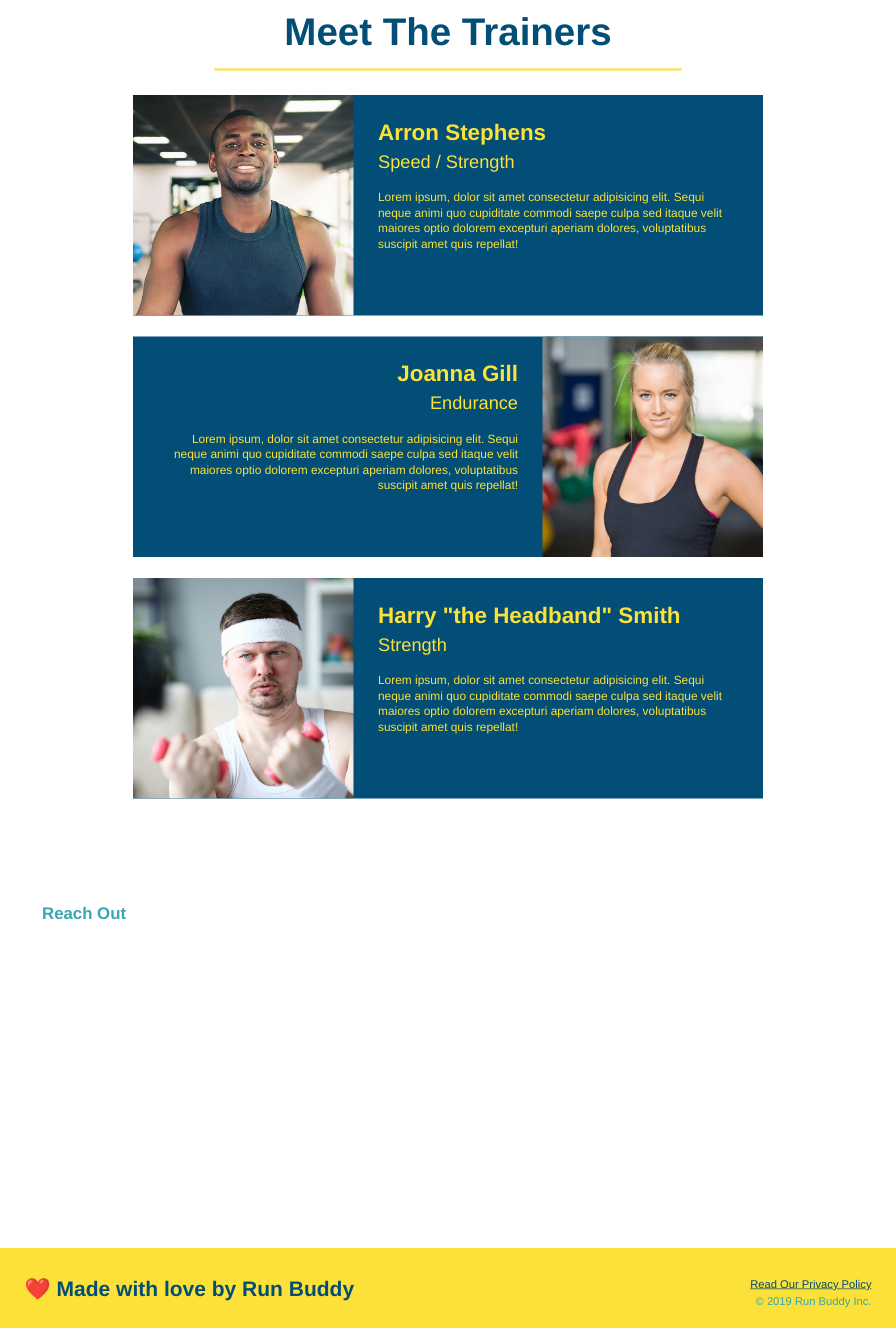
Repository: symlara/run-buddy
Page: index.html
An editor plug-in stored every save of this project. The page is shown before and after a run of saves, followed by the edit.
The browser window is 1280 px wide. The pictures show the part of the page from y = 2304 to 4224 px (the page is 4202 px tall before and 4224 px after), at 70% of full size.
Pictures or frames that could not be fetched are drawn as grey boxes.

Above is the page before, as saved 2020-12-10 15:26:50.

### index.html
<!DOCTYPE html>
<html lang="en">
    <head>
        <link rel="stylesheet" href="./assets/css/style.css" />
        <meta charset="UTF-8"/>
        <title>Run Buddy</title>
    </head>
    <body>
        <!-- navigation -->
        <header>
        <a href="/"><h1>RUN BUDDY</h1></a>
        <nav>
            <!-- Unordered list element -->
            <ul>
                <!-- List item element -->
                <li>
                    <!-- Anchor Element -->
                    <a href="#what-we-do">What We Do</a>
                </li>
                <li>
                    <a href="#what-you-do">What You Do</a>
                </li>
                <li>
                    <a href="#your-trainers">Your Trainers</a>
                </li>
                <li>
                    <a href="#reach-out">Reach Out</a>
                </li>
            </ul>
        </nav>
        </header>

        <!-- hero section -->
        <section class="hero">
        <div class="hero-form">
            <h3>Get Started Today</h3>
            <p>Fill out this form and one of our trainers will schedule a consult</p>
            <!-- Add form elements -->
            <form>
                <label for="name">Enter full name:</label>
                <input type="text" placeholder="Your Name" name="name" id="name" class="form-input" />
                <label for="email">Enter Email Address:</label>
                <input type="email" placeholder="Email Address" name="email" id="email" class="form-input" />
                <label for="phone">Enter a telephone number</label>
                <input type="tel" placeholder="Phone Number" name="phone" id="phone" class="form-input" />
                <p>
                    Have you worked out with a trainer before?
                    <input type="radio" name="trainer-confirm" id="trainer-yes" />
                    <label for="trainer-yes">Yes</label>
                    <input type="radio" name="trainer-confirm" id="trainer-no" />
                    <label for="trainer-no">No</label>
                </p>
                <p>
                    <label for="checkbox">
                    I acknowledge that I am at least 18 years of age.
                    </label>
                    <input type="checkbox" name="age-confirm" id="checkbox" />
                </p>
                <button type="submit">
                    Get running!
                </button>
            </form>
        </div>
    </section>
    <!-- end hero -->

        <!-- hero/jumbotron -->
        <section></section>

        <!-- "what we do" section -->
        <section id="what-we-do" class="intro">
            <h2 class="section-title primary-border">What We Do</h2>
            <p>
                butcher selfies chambray shabby chic gentrify readymade yr Echo Park XOXO Tumblr normcore Banksy direct trade Blue Bottle chillwave you probably haven't heard of them single-origin coffee Vice fanny pack fixie Odd Future Austin fingerstache pickled twee synth Wes Anderson Thundercats viral bitters flannel meggings narwhal Marfa Schlitz sustainable Intelligentsia umami deep v craft
            </p>
        </section>

        <!-- "what you do" section -->
        <section id="what-you-do" class="steps">
            <h2 class="section-title secondary-border">What You Do</h2>

            <div>
                <!-- insert this img element -->
                <img src="./assets/images/step-1.svg" alt="" />
                <h3>Step 1: <span>Fill Out the Form Above.</span></h3>
                <p>You're already here, so why not?</p>
            </div>

            <div>
                <!-- insert this img element -->
                <img src="./assets/images/step-2.svg" alt="" />
                <h3>Step 2: <span>Consult with One of Our Trainers.</span></h3>
                <p>Are you here to build muscle, lose weight, or just feel good?</p>
            </div>

            <div>
                <!-- insert this img element -->
                <img src="./assets/images/step-3.svg" alt="" />
                <h3>Step 3: <span>Get Running</span></h3>
                <p>Hit the ground running (literally) once your trainer lays out your plan</p>
            </div>

            <div>
                <!-- insert this img element -->
                <img src="./assets/images/step-4.svg" alt="" />
                <h3>Step 4: <span>See Results</span></h3>
                <p>Bi-Weekly checkins with your trainer will keep you focused</p>
            </div>
        </section>

        <!-- "meet the trainers" section -->
        <section id="your-trainers" class="trainers">
            <h2 class="section-title primary-border">Meet The Trainers

            </h2>

            <!-- first trainer bio -->
            <article class="trainer">
                <img src="./assets/images/trainer-1.jpg" alt="Arron Stephens in his workout clothes, ready to pump iron" />
                <div class="trainer-bio text-left">
                    <h3>Arron Stephens</h3>
                    <h4>Speed / Strength</h4>
                    <p>
                        Lorem ipsum, dolor sit amet consectetur adipisicing elit. Sequi neque animi quo cupiditate commodi saepe culpa sed
                        itaque velit maiores optio dolorem excepturi aperiam dolores, voluptatibus suscipit amet quis repellat!
                    </p>
                </div>
            </article>
            <!-- first trainer end -->

            <!--second trainer bio -->
            <article class="trainer">
                <div class="trainer-bio text-right">
                    <h3>Joanna Gill</h3>
                    <h4>Endurance</h4>
                    <p>
                        Lorem ipsum, dolor sit amet consectetur adipisicing elit. Sequi neque animi quo cupiditate commodi saepe culpa sed
                        itaque velit maiores optio dolorem excepturi aperiam dolores, voluptatibus suscipit amet quis repellat!
                    </p>
                </div>
                <img src="./assets/images/trainer-2.jpg" alt="Joanna Gill cooling off after a workout" />
            </article>
            <!-- second trainer end-->

            <!-- third trainer bio -->
            <article class="trainer">
                <img src="./assets/images/trainer-3.jpg" alt="Harry Smith wearing a headband and lifting comically small pink weights" />
                <div class="trainer-bio text-left">
                    <h3>Harry "the Headband" Smith</h3>
                    <h4>Strength</h4>
                    <p>
                        Lorem ipsum, dolor sit amet consectetur adipisicing elit. Sequi neque animi quo cupiditate commodi saepe culpa sed
                        itaque velit maiores optio dolorem excepturi aperiam dolores, voluptatibus suscipit amet quis repellat!
                    </p>
                </div>
            </article>
            <!-- third trainer end -->
        </section>

        <!-- "reach out" section -->
        <section>
            <h2>Reach Out</h2>
            <div class="contact-info">
                <iframe src="https://www.google.com/maps/embed?pb=!1m18!1m12!1m3!1d3221.7111422227936!2d-86.80586308470178!3d36.14924591176938!2m3!1f0!2f0!3f0!3m2!1i1024!2i768!4f13.1!3m3!1m2!1s0x886466bdcf68adc5%3A0x468be65e4a8f7eb1!2s2201%20West%20End%20Ave%2C%20Nashville%2C%20TN%2037212!5e0!3m2!1sen!2sus!4v1607634799030!5m2!1sen!2sus"
                    frameborder="0"
                    height="400"
                    width="400"
                    style="border: 0"
                    allowfullscreen
                >
                </iframe>
            </div>

            <div></div>
        </section>

        <!-- footer -->
        <footer>
            <h2>❤️ Made with love by Run Buddy</h2>
            <div>
                <a href="#">Read Our Privacy Policy</a><br />
                &copy; 2019 Run Buddy Inc.
            </div>
        </footer>
    </body>

    </html>

### assets/css/style.css
* {
    margin: 0;
    padding: 0;
    box-sizing: border-box;
}


body {
    /* more on this crazy alphanumerical value in a minute */
    color: #39a6b2;
    font-family: Helvetica, Arial, sans-serif;
}

/* apply styles to header */
header {
    padding: 20px 35px;
    background-color: #39a6b2;
}

header h1 {
    font-weight: bold;
    font-size: 36px;
    color: #fce138;
    margin: 0;
    display: inline;
}

header a {
    text-decoration: none;
    color: #fce138;
}

header nav {
    float: right;
    margin: 7px 0;
}

header nav ul li {
    display: inline;
}

header nav ul li a {
    margin: 0 30px;
    font-weight: lighter;
    font-size: 22px;
}

footer {
    background: #fce138;
    width: 100%;
    padding: 40px 35px;
  }

footer h2 {
    display: inline;
    color: #024e76;
    font-size: 30px;
    margin: 0;
}

footer div {
    float: right;
    line-height: 1.5;
    text-align: right;
}

footer a {
    color: #024e76;
}

section {
    padding: 60px;
}

/* Hero Style Start */
.hero {
    background-image: url("../images/hero-bg.jpg");
    height: 600px;
    background-size: cover;
    background-position: center;
    position: relative;
}
/*The height property fixed at 600px gives an exact size of the section, which is important in this context to allow room for the sign-up form.*/


.hero-form {
    border: solid 3px #024e76;
    background-color: #fce138;
    padding: 20px;
    width: 500px;
    color: #024e76;
    position: absolute;
    bottom: 120px;
    right: 140px;
}

.hero-form h3 {
    font-size: 24px;
    margin: 0;
}

.hero-form p {
    margin: 5px 0 15px 0;
}

.form-input {
    border: 1px solid #024e76;
    display: block;
    padding: 7px 15px;
    font-size: 16px;
    color: #024e76;
    width: 100%;
    margin-bottom: 15px;
}

.hero-form label {
    margin: 0 5px;
}

.hero-form button {
    color: #fce138;
    background-color: #024e76;
    border: none;
    padding: 10px 20px;
    font-size: 16px;
}
/* Hero Style End */

/*What We Do Section */
.intro {
    text-align: center;
}

.intro p {
    line-height: 1.7;
    color: #39a6b2;
    width: 80%;
    font-size: 20px;
    margin: 0 auto;
}

/*What We Do End*/

.section-title {
    display: inline-block;
    font-size: 55px;
    color: #024e76;
    margin-bottom: 35px;
    padding: 0 100px 20px 100px;
    border-bottom: 3px solid;
}

.primary-border {
    border-color: #fce138;
}

.secondary-border {
    border-color: #39a6b2;
}

/* What You Do Section */
.steps {
    text-align: center;
    background: #fce138;
}

.steps div {
    margin-bottom: 80px;
}

.steps img {
    width: 15px;
    margin: 10px 0;
}

.steps h3 {
    color: #024e76;
    font-size: 46px;
    margin-top: 10px;
}

.steps p {
    color: #39a6b2;
    font-size: 23px;
}

.steps span {
    font-size: 38px;
}


/* What You Do End */

/* Your Trainers Section */
.trainers {
    text-align: center;
}

.trainer {
    width: 900px;
    margin: 0 auto 30px auto;
    background: #024e76;
    color: #fce138;
    overflow: auto;
}

.trainer img {
    width: 35%;
    float: left;
}

.trainer-bio {
    padding: 35px;
    float: left;
    width: 65%;
}

.text-left {
    text-align: left;
}

.text-right {
    text-align: right;
}

.trainer-bio h3 {
    font-size: 32px;
    margin-bottom: 8px;
}

.trainer-bio h4 {
    font-weight: lighter;
    font-size: 26px;
    margin-bottom: 25px;
}

.trainer-bio p {
    font-size: 17px;
    line-height: 1.3;
}
/* Your Trainers Section End */

After the next 3 saves:
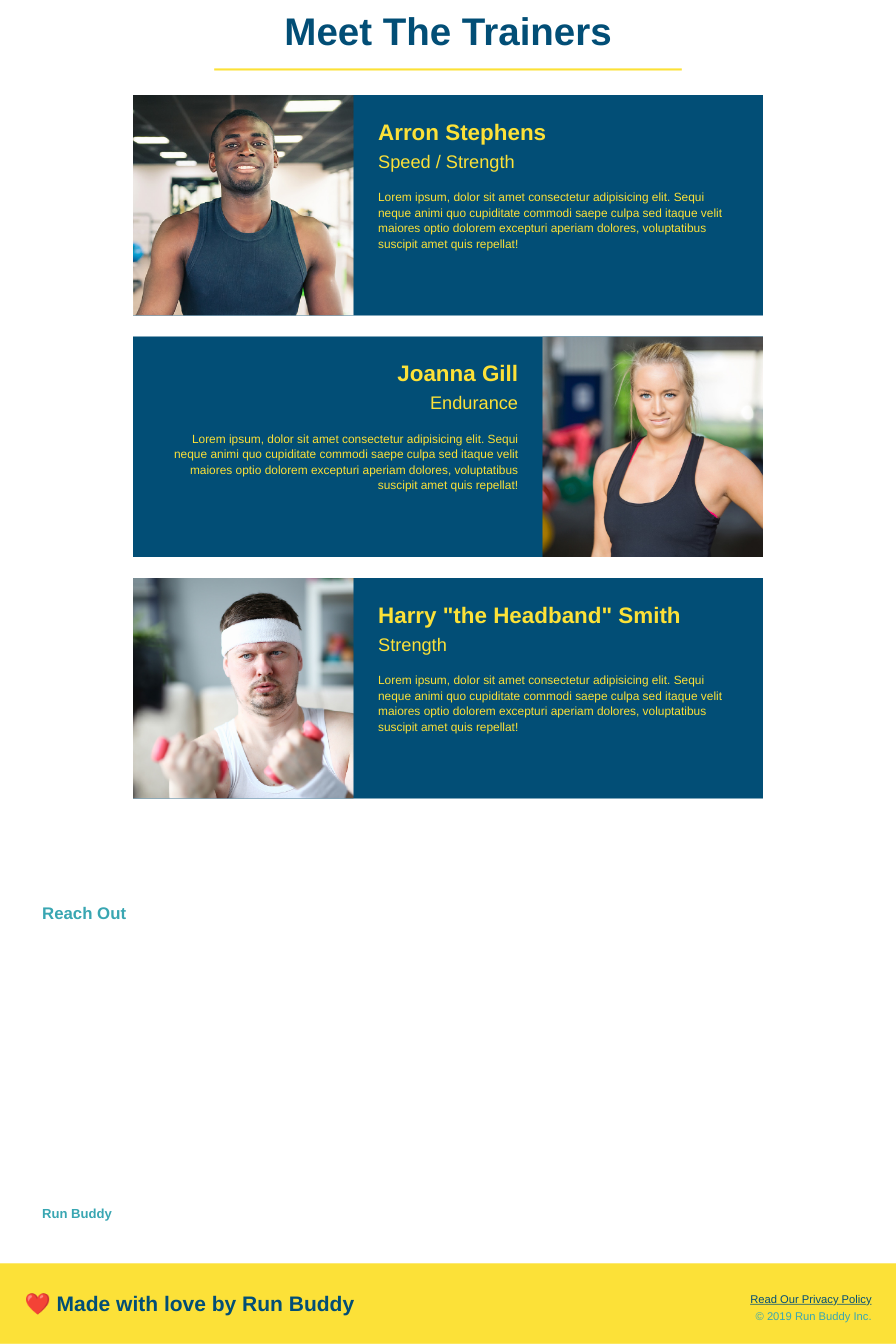
The 3 saves are shown as one change because they came seconds apart.
The last was saved 9 s later.
--- a/index.html
+++ b/index.html
@@ -171,7 +171,10 @@
                 </iframe>
             </div>
 
-            <div></div>
+            <div>
+                <h3>Run Buddy</h3>
+                <p></p>
+            </div>
         </section>
 
         <!-- footer -->
